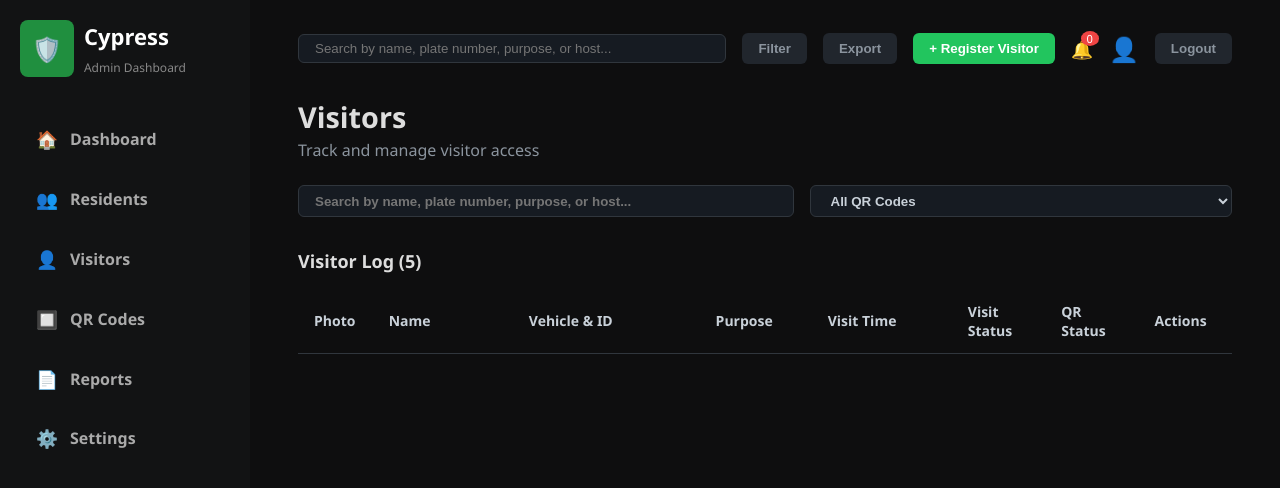
Repository: camuramon/my-project
Page: templates/admin/visitors.html
An editor plug-in stored every save of this project. The page is shown before and after the next save, followed by the edit.
The browser window is 1280 px wide. The pictures show the whole page.
The template is drawn by Flask 3. The application's start-up code is not run. Other server files are loaded and not shown. The template is opened directly, without the code that normally fills it, so the values that code supplies are empty.

Above is the page before, as saved 2025-09-19 02:09:20.

### templates/admin/visitors.html
<!DOCTYPE html>
<html lang="en">
<head>
    <meta charset="UTF-8" />
    <meta name="viewport" content="width=device-width, initial-scale=1" />
    <title>Cypress Admin Dashboard - Visitors</title>
    <!-- Connect visitor.css -->
<link rel="stylesheet" href="{{ url_for('static', filename='css/admin.css') }}">
<link rel="stylesheet" href="{{ url_for('static', filename='css/visitor.css') }}">
</head>
<body>
     <div class="container">
    <aside class="sidebar">
    <div class="logo">
        <div class="icon">🛡️</div>
        <div class="title">
            <h2>Cypress</h2>
            <span>Admin Dashboard</span>
        </div>
    </div>
    <nav>
        <ul class="sidebar-menu">
            <li class="{% if request.path == url_for('admin_dashboard') %}active{% endif %}">
                <a href="{{ url_for('admin_dashboard') }}"><span class="icon">🏠</span> Dashboard</a>
            </li>
            <li class="{% if request.path == url_for('admin_residents') %}active{% endif %}">
                <a href="{{ url_for('admin_residents') }}"><span class="icon">👥</span> Residents</a>
            </li>
            <li class="{% if request.path == url_for('admin_visitors') %}active{% endif %}">
                <a href="{{ url_for('admin_visitors') }}"><span class="icon">👤</span> Visitors</a>
            </li>
          <li class="{% if request.path == url_for('admin_qr') %}active{% endif %}">
  <a href="{{ url_for('admin_qr') }}"><span class="icon">🔲</span> QR Codes</a>
</li>

            <li class="{% if request.path == url_for('admin_reports') %}active{% endif %}">
                <a href="{{ url_for('admin_reports') }}"><span class="icon">📄</span> Reports</a>
            </li>
            <li class="{% if request.path == url_for('admin_settings') %}active{% endif %}">
                <a href="{{ url_for('admin_settings') }}"><span class="icon">⚙️</span> Settings</a>
            </li>
        </ul>
    </nav>
</aside>


    <main class="main-content">
        <header class="topbar">
          <input type="search" placeholder="Search by name, plate number, purpose, or host..." />
            <div class="topbar-actions">
                <button class="btn filter">Filter</button>
                <button class="btn export">Export</button>
                <button class="btn register-visitor">+ Register Visitor</button>
                <div class="notification">
                    <span class="icon">🔔</span>
                    <span class="badge">0</span>
                </div>
                <div class="profile-icon">👤</div>
                <button id="logout-button" class="btn btn-gray text-white font-semibold py-2 px-4 rounded-full">
                Logout
            </button>
            </div>
        </header>

<script>
       document.getElementById('logout-button').addEventListener('click', function() {
    window.location.href = "/logout";   // ✅ tatawag sa Flask logout route
});
</script>
        <section class="page-info">
            <h2>Visitors</h2>
            <p>Track and manage visitor access</p>

            <div class="search-filter">
                <input type="search" placeholder="Search by name, plate number, purpose, or host..." />
                <select>
                    <option>All QR Codes</option>
                </select>
            </div>

            <div class="visitor-log">
                <h3>Visitor Log (5)</h3>
                  <div id="recent-visitors"></div>
                <table>
                    <thead>
    <tr>

        <th>Photo</th>
        <th>Name</th>
        <th>Vehicle &amp; ID</th>
        <th>Purpose</th>

        <th>Visit Time</th>
        <th>Visit Status</th>
        <th>QR Status</th>
        <th>Actions</th>
    </tr>
</thead>
<tbody>
    {% for visitor in visitors %}
    <tr>

        <td>
            <img src="{{ visitor.photo if visitor.photo else url_for('static', filename='image/default-visitor.png') }}"
                 alt="Visitor Photo"
                 style="width:50px; height:50px; border-radius:50%; object-fit:cover;">
        </td>
        <td><strong>{{ visitor.fullName }}</strong></td>
        <td>
            <strong>{{ visitor.vehicleType }} - {{ visitor.plateNumber }}</strong><br>
            {{ visitor.idType }}: {{ visitor.idNumber }}
        </td>
        <td>{{ visitor.host if visitor.host else "N/A" }}</td>
        <td><span class="clock-icon">⏲️</span> In:<br><strong>{{ visitor.visitTime }}</strong></td>
        <td>
            <span class="status {{ 'active-visit' if visitor.status == 'Active' else 'expired-visit' }}">
                {{ visitor.status }}
            </span>
        </td>
        <td>
            <span class="qr-status {{ 'valid' if visitor.qrCode else 'invalid' }}">
                {{ 'Valid' if visitor.qrCode else 'Invalid' }}
            </span>
        </td>
        <td class="actions">
            <span class="icon">👁️</span>
            <span class="icon">✏️</span>
            <span class="icon">🗑️</span>
        </td>
    </tr>
    {% endfor %}
</tbody>

                </table>
            </div>
        </section>
    </main>
<script src="{{ url_for('static', filename='js/visitors.js') }}"></script>

</body>
</html>

### static/css/admin.css
/* ===========================
   GENERAL RESET & BASE STYLES
=========================== */


* {
    box-sizing: border-box;
    margin: 0;
    padding: 0;
}

body {
    font-family: 'Segoe UI', Tahoma, Geneva, Verdana, sans-serif;
    background-color: #0e0e0f;
    color: #ddd;
    display: flex;
    min-height: 100vh;
}
html, body {
    height: 100%;
    width: 100%;
    margin: 0;
    padding: 0;
    overflow-x: hidden;
}

.container {
    display: flex;
    width: 100%;
    height: 100vh;
}


/* ===========================
   SIDEBAR
=========================== */
.sidebar {
    width: 250px;
    height: 100vh;
    background-color: #121314;
    padding: 20px;
    flex-shrink: 0;
}


.logo {
    display: flex;
    align-items: center;
    margin-bottom: 40px;
}

.logo .icon {
    background-color: #208f3f;
    padding: 12px;
    border-radius: 8px;
    font-size: 24px;
    color: white;
    margin-right: 10px;
}

.logo .title h2 {
    font-weight: 700;
    color: white;
    margin-bottom: 4px;
}

.logo .title span {
    font-size: 12px;
    color: #888;
}

.sidebar-menu {
    list-style: none;
    padding: 0;
}

.sidebar-menu li {
    margin: 15px 0;
}

.sidebar-menu li a {
    text-decoration: none;
    color: #bbb;
    font-weight: 600;
    display: flex;
    align-items: center;
    gap: 10px;
    font-size: 16px;
}

.sidebar-menu li a i {
    font-size: 18px;
}

.sidebar-menu li a {
    text-decoration: none;
    color: #bbb;
    font-weight: 600;
    display: flex;
    align-items: center;
    gap: 10px;
    font-size: 16px;
    padding: 10px 15px;
    border-radius: 8px;
    transition: background-color 0.3s ease, color 0.3s ease;
}

.sidebar-menu li.active a {
    background-color: #2a2a2e; /* darker bg for active item */
    color: white;
}

.sidebar-menu li.active a .icon {
    color: white;
}

.sidebar-menu li a:hover {
    background-color: #1d1d1f;
    color: white;
}


/* ===========================
   MAIN CONTENT
=========================== */
.main-content {
    flex-grow: 1;
    overflow-y: auto;
    padding: 25px;
    background-color: #0e0e0f;
}
/* ===========================
   HEADER / TOP BAR
=========================== */
.top-bar, .header {
    display: flex;
    justify-content: space-between;
    align-items: center;
    margin-bottom: 20px;
}

.search-bar input[type="search"] {
    width: 350px;
    padding: 10px 15px;
    border: none;
    border-radius: 10px;
    background-color: #232324;
    color: #ccc;
    font-size: 16px;
}

.top-icons, .header-icons {
    display: flex;
    gap: 15px;
}

.icon-btn, .notification-btn, .user-btn {
    background: none;
    border: none;
    color: #ccc;
    font-size: 20px;
    position: relative;
    cursor: pointer;
}

.notification-count {
    position: absolute;
    top: -8px;
    right: -8px;
    background-color: #e02e41;
    font-size: 10px;
    padding: 2px 6px;
    border-radius: 50%;
    color: white;
}

/* ===========================
   DASHBOARD HEADER & ACTIONS
=========================== */
.dashboard-header, .resident-section .sub-header {
    display: flex;
    justify-content: space-between;
    align-items: center;
    margin: 20px 0;
    flex-wrap: wrap;
}

.dashboard-header h1, .resident-section h2 {
    color: white;
}

.dashboard-header p, .resident-section .subtitle {
    color: #999;
    margin-left: 10px;
}

.actions, .buttons {
    display: flex;
    gap: 10px;
}

.filter-btn,
.export-btn,
.add-resident-btn {
    background-color: #222;
    border: none;
    color: white;
    padding: 10px 20px;
    border-radius: 8px;
    cursor: pointer;
    font-weight: 600;
}

.add-resident-btn {
    background-color: #208f3f;
}

.filter-btn:hover,
.export-btn:hover,
.add-resident-btn:hover {
    background-color: #333;
}

/* ===========================
   DASHBOARD CARDS
=========================== */
.stats-cards {
    display: flex;
    gap: 20px;
    flex-wrap: wrap;
    margin-bottom: 40px;
}

.card {
    background-color: #151517;
    border-radius: 12px;
    flex: 1 1 300px;
    padding: 20px;
    position: relative;
    color: #999;
}

.card p { margin-bottom: 8px; }

.card h2 { color: white; font-weight: 800; font-size: 28px; }

.card-icon {
    position: absolute;
    top: 20px;
    right: 20px;
    font-size: 24px;
    padding: 8px;
    border-radius: 100%;
    background-color: #333;
    color: white;
}

.card-icon.green { background-color: #208f3f; }
.card-icon.blue { background-color: #26418f; }
.card-icon.yellow { background-color: #a58f20; }
.card-icon.green-dark { background-color: #14502d; }
.card-icon.gray { background-color: #474751; }

.percentage {
    position: absolute;
    bottom: 20px;
    right: 20px;
    font-weight: 600;
    font-size: 14px;
}

.percentage.positive { color: #26ca4a; }
.percentage.neutral { color: #999; }

/* ===========================
   TABLES
=========================== */
.tables-section, .resident-directory {
    display: flex;
    gap: 20px;
    flex-wrap: wrap;
}

.table-container {
    background-color: #151517;
    padding: 20px;
    border-radius: 12px;
    flex: 1 1 500px;
    color: #bbb;
}

.table-container h3 {
    display: flex;
    justify-content: space-between;
    margin-bottom: 15px;
    color: white;
}

.view-all {
    color: #6668f8;
    font-weight: 600;
    text-decoration: none;
    font-size: 14px;
}

.view-all:hover { text-decoration: underline; }

table {
    width: 100%;
    border-collapse: collapse;
}

th, td {
    padding: 12px 10px;
    text-align: left;
    font-size: 14px;
}

thead tr { border-bottom: 1px solid #333; }
tbody tr:not(:last-child) { border-bottom: 1px solid #333; }
tbody tr:hover { background-color: #252527; }

/* ===========================
   STATUS BADGES
=========================== */
.status {
    padding: 5px 10px;
    border-radius: 20px;
    font-size: 12px;
    font-weight: 700;
    display: inline-block;
}

.status.active { background-color: #208f3f; color: white; }
.status.expired { background-color: #a5891e; color: white; }
.status.suspended { background-color: #7e1e1e; color: white; }
.status.inactive { background-color: #ff4d4f; color: white; }

.qr-status.valid { background-color: #208f3f; color: white; }
.qr-status.expired { background-color: #a5891e; color: white; }

/* ===========================
   BUTTONS, INPUTS, SELECT
=========================== */
button { cursor: pointer; border: none; border-radius: 6px; font-weight: 600; }

select, input[type="search"] {
    background-color: #232324;
    color: #ccc;
    border: 1px solid #333;
    padding: 8px 10px;
    border-radius: 6px;
}

/* ===========================
   HEADINGS & TEXT
=========================== */
h2 { font-size: 22px; margin-bottom: 5px; }
h3 { font-size: 18px; margin-bottom: 10px; }
.subtitle { color: #aaa; margin-bottom: 15px; }

strong { font-weight: 700; }
.charts {
  display: flex;
  justify-content: space-between; /* hati sila kaliwa-kanan */
  margin: 20px 0;
  gap: 20px;
}

/* Common Style for Charts */
.chart-container {
  flex: 1;                  /* pantay hati space */
  max-width: 48%;           /* para may konting space sa pagitan */
  background: #1e1e2f;
  padding: 20px;
  border-radius: 12px;
  box-shadow: 0 4px 8px rgba(0,0,0,0.25);
}

.chart-container h3 {
  margin-bottom: 15px;
  font-size: 16px;
  font-weight: 600;
  color: #fff;
}

/* Responsive canvas – hindi pilit */
.chart-container canvas {
  width: 100% !important;
  height: auto !important;   /* 🔑 auto height, hindi stretched */
  max-height: 300px;         /* 🔧 pwede mong baguhin para sa taas ng chart */
}
.status {
  padding: 4px 8px;
  border-radius: 6px;
  font-weight: 500;
  color: #fff;
}

.status.active {
  background-color: #16a34a; /* green */
}

.status.suspended {
  background-color: #ca8a04; /* yellow */
}

.status.expired {
  background-color: #7e4040; /* gray */
}

.status.blacklisted {
  background-color: #dc2626; /* red */
}

### static/css/visitor.css
/* Reset and base styles */
* {
    box-sizing: border-box;
    margin: 0;
    padding: 0;
}

body {
    font-family: 'Segoe UI', Tahoma, Geneva, Verdana, sans-serif;
    background-color: #0e0e0f;
    color: #ddd;
    display: flex;
    min-height: 100vh;
}

html, body {
    height: 100%;
    width: 100%;
    margin: 0;
    padding: 0;
    overflow-x: hidden;
}

.container {
    display: flex;
    width: 100%;
    height: 100vh;
}

/* Sidebar */
.sidebar-menu {
    list-style: none;
    padding: 0;
    margin: 0;
}

.sidebar-menu li {
    margin-bottom: 0.5rem;
}

.sidebar-menu li a {
    display: flex;
    align-items: center;
    gap: 0.75rem;
    text-decoration: none;
    padding: 0.65rem 1rem;
    border-radius: 8px;
    color: #aaa;
    font-weight: 600;
    transition: background 0.3s, color 0.3s;
}

.sidebar-menu li a i {
    font-size: 1.2rem;
}

.sidebar-menu li.active a,
.sidebar-menu li a:hover {
    background-color: #292929;
    color: white;
}


.logo h1 {
    color: #48bb78; /* Green */
    margin-bottom: 0.2rem;
}

.logo p {
    color: #8b949e;
    font-size: 0.8rem;
    margin-bottom: 2rem;
}

.navigation ul {
    list-style: none;
}

.navigation li {
    margin-bottom: 1.5rem;
}

.navigation a {
    color: #8b949e;
    text-decoration: none;
    font-weight: 600;
    font-size: 0.9rem;
    display: flex;
    align-items: center;
    gap: 8px;
}

.navigation li.active a,
.navigation a:hover {
    color: #48bb78;
}

.icon {
    font-size: 1.1rem;
}

/* Main content */
.main-content {
    flex-grow: 1;
    padding: 2rem 3rem;
    overflow-y: auto;
}

.topbar {
    display: flex;
    gap: 1rem;
    align-items: center;
    margin-bottom: 2rem;
}

.topbar input[type="search"] {
    flex-grow: 1;
    background: #161b22;
    border: 1px solid #30363d;
    border-radius: 6px;
    padding: 0.4rem 1rem;
    color: #c9d1d9;
}

.topbar-actions {
    display: flex;
    gap: 1rem;
    align-items: center;
}

.btn {
    background-color: #21262d;
    border: none;
    padding: 0.5rem 1rem;
    border-radius: 6px;
    color: #8b949e;
    cursor: pointer;
    font-weight: 600;
    transition: background-color 0.3s;
}

.btn:hover {
    background-color: #30363d;
}

.btn.register-visitor {
    background-color: #22c55e; /* Green */
    color: white;
}

.btn.register-visitor:hover {
    background-color: #16a34a;
}

.notification {
    position: relative;
    color: #8b949e;
    cursor: pointer;
}

.notification .badge {
    position: absolute;
    top: -6px;
    right: -6px;
    background-color: #ef4444;
    color: white;
    font-size: 0.7rem;
    border-radius: 50%;
    padding: 0 6px;
}

.profile-icon {
    font-size: 1.5rem;
    cursor: pointer;
}

/* Page info */
.page-info h2 {
    font-size: 1.8rem;
    font-weight: 700;
    margin-bottom: 0.2rem;
}

.page-info p {
    color: #8b949e;
    margin-bottom: 1.5rem;
}

/* Search filter */
.search-filter {
    display: flex;
    gap: 1rem;
    margin-bottom: 2rem;
}

.search-filter input,
.search-filter select {
    flex-grow: 1;
    background: #161b22;
    border: 1px solid #30363d;
    border-radius: 6px;
    padding: 0.4rem 1rem;
    color: #c9d1d9;
    font-weight: 600;
    cursor: pointer;
}

/* Visitor Log */
.visitor-log h3 {
    margin-bottom: 1rem;
}

table {
    width: 100%;
    border-collapse: collapse;
    color: #c9d1d9;
}

thead th {
    text-align: left;
    padding: 0.8rem 1rem;
    font-weight: 700;
    border-bottom: 1px solid #30363d;
}

tbody td {
    padding: 1rem;
    border-bottom: 1px solid #21262d;
    vertical-align: top;
}

tbody td strong {
    color: white;
    display: block;
    margin-bottom: 0.3rem;
}

/* Status badges */
.status {
    display: inline-block;
    padding: 0.3rem 0.8rem;
    border-radius: 9999px;
    color: white;
    font-size: 0.75rem;
    font-weight: 600;
    text-align: center;
    white-space: nowrap;
}

.active-visit {
    background-color: #2c5282; /* blue */
}

.checked-out {
    background-color: #4a5568; /* gray */
}

.qr-status {
    display: inline-block;
    padding: 0.3rem 0.8rem;
    border-radius: 9999px;
    font-size: 0.75rem;
    font-weight: 600;
    color: white;
    text-align: center;
    white-space: nowrap;
}

.valid {
    background-color: #238636; /* green */
}

.expired {
    background-color: #b45309; /* yellow/orange */
}

/* Actions icons */
.actions .icon {
    cursor: pointer;
    margin-right: 10px;
    font-size: 1.1rem;
    color: #8b949e;
}

.actions .icon:hover {
    color: #48bb78;
}

/* Smaller icons used inside the table */
.clock-icon {
    font-size: 1rem;
    padding-right: 5px;
}
.status.active-visit {
  color: green;
  font-weight: bold;
}

.status.expired {
  color: orange;
  font-weight: bold;
}
/* Fix table layout */
table {
  width: 100%;
  border-collapse: collapse;
  table-layout: fixed; /* para uniform columns */
}

/* Common style */
th, td {
  padding: 12px 10px;
  border-bottom: 1px solid rgba(255,255,255,0.1);
  vertical-align: middle;
  text-align: center;
}

/* Column-specific widths */
th:nth-child(1), td:nth-child(1) { width: 8%; }  /* Photo */
th:nth-child(2), td:nth-child(2) { width: 15%; text-align: left; } /* Name */
th:nth-child(3), td:nth-child(3) { width: 20%; text-align: left; } /* Vehicle & ID */
th:nth-child(4), td:nth-child(4) { width: 12%; text-align: left; } /* Purpose */
th:nth-child(5), td:nth-child(5) { width: 15%; text-align: left; } /* Host Resident */
th:nth-child(6), td:nth-child(6) { width: 10%; } /* Visit Time */
th:nth-child(7), td:nth-child(7) { width: 10%; } /* Visit Status */
th:nth-child(8), td:nth-child(8) { width: 10%; } /* QR Status */
th:nth-child(9), td:nth-child(9) { width: 10%; } /* Actions */

/* Photo fix */
td img {
  display: block;
  margin: 0 auto;
  width: 50px;
  height: 50px;
  border-radius: 50%;
  object-fit: cover;
}

### static/js/visitors.js
document.addEventListener('DOMContentLoaded', () => {
  const searchInput = document.querySelector('.page-info .search-filter input[type="search"]');
  const visitorTableBody = document.querySelector('.visitor-log tbody');
  const filterSelect = document.querySelector('.page-info .search-filter select');

  // 🔍 Filter visitor rows based on search and dropdown
  function filterVisitorLog() {
    const searchTerm = searchInput.value.toLowerCase();
    const filterValue = filterSelect.value.toLowerCase();
    const rows = visitorTableBody.querySelectorAll('tr');

    rows.forEach(row => {
      const visitorId = row.cells[0]?.textContent.toLowerCase() || '';
      const name = row.cells[1]?.textContent.toLowerCase() || '';
      const vehicleId = row.cells[2]?.textContent.toLowerCase() || '';
      const purpose = row.cells[3]?.textContent.toLowerCase() || '';
      const host = row.cells[4]?.textContent.toLowerCase() || '';
      const qrStatus = row.cells[7]?.textContent.toLowerCase() || '';

      const combinedText = `${visitorId} ${name} ${vehicleId} ${purpose} ${host} ${qrStatus}`;

      const matchesSearch = combinedText.includes(searchTerm);
      const matchesFilter = (filterValue === 'all qr codes' || qrStatus === filterValue);

      if (matchesSearch && matchesFilter) {
        row.style.display = '';
      } else {
        row.style.display = 'none';
      }
    });
  }

  // 🔁 Event listeners
  if (searchInput) {
    searchInput.addEventListener('input', filterVisitorLog);
  }

  if (filterSelect) {
    filterSelect.addEventListener('change', filterVisitorLog);
  }

  // 🧭 Event delegation for icon actions
  if (visitorTableBody) {
    visitorTableBody.addEventListener('click', (e) => {
      if (e.target.classList.contains('icon')) {
        const icon = e.target.textContent;
        const row = e.target.closest('tr');
        const visitorName = row.cells[1]?.textContent.trim();

        switch (icon) {
          case '👁️':
            alert(`View details for: ${visitorName}`);
            break;
          case '✏️':
            alert(`Edit info for: ${visitorName}`);
            break;
          case '🗑️':
            if (confirm(`Are you sure you want to delete ${visitorName}?`)) {
              row.remove();
            }
            break;
        }
      }
    });
  }

  // ✅ Initial filter on page load (optional)
  filterVisitorLog();
});

After the next save:
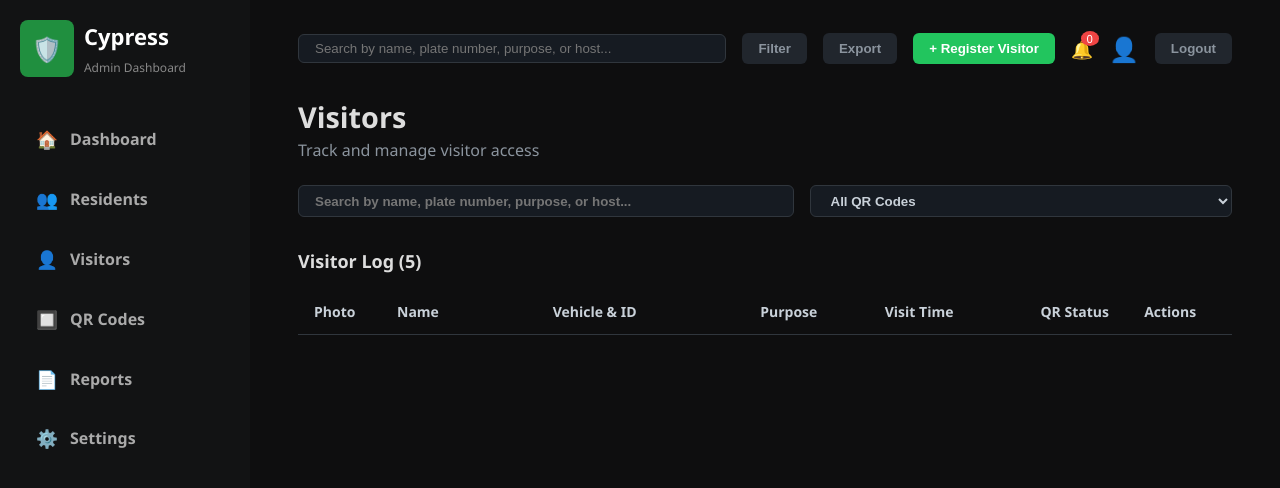
Saved 15 s later.
--- a/templates/admin/visitors.html
+++ b/templates/admin/visitors.html
@@ -91,7 +91,7 @@
         <th>Purpose</th>
 
         <th>Visit Time</th>
-        <th>Visit Status</th>
+
         <th>QR Status</th>
         <th>Actions</th>
     </tr>
